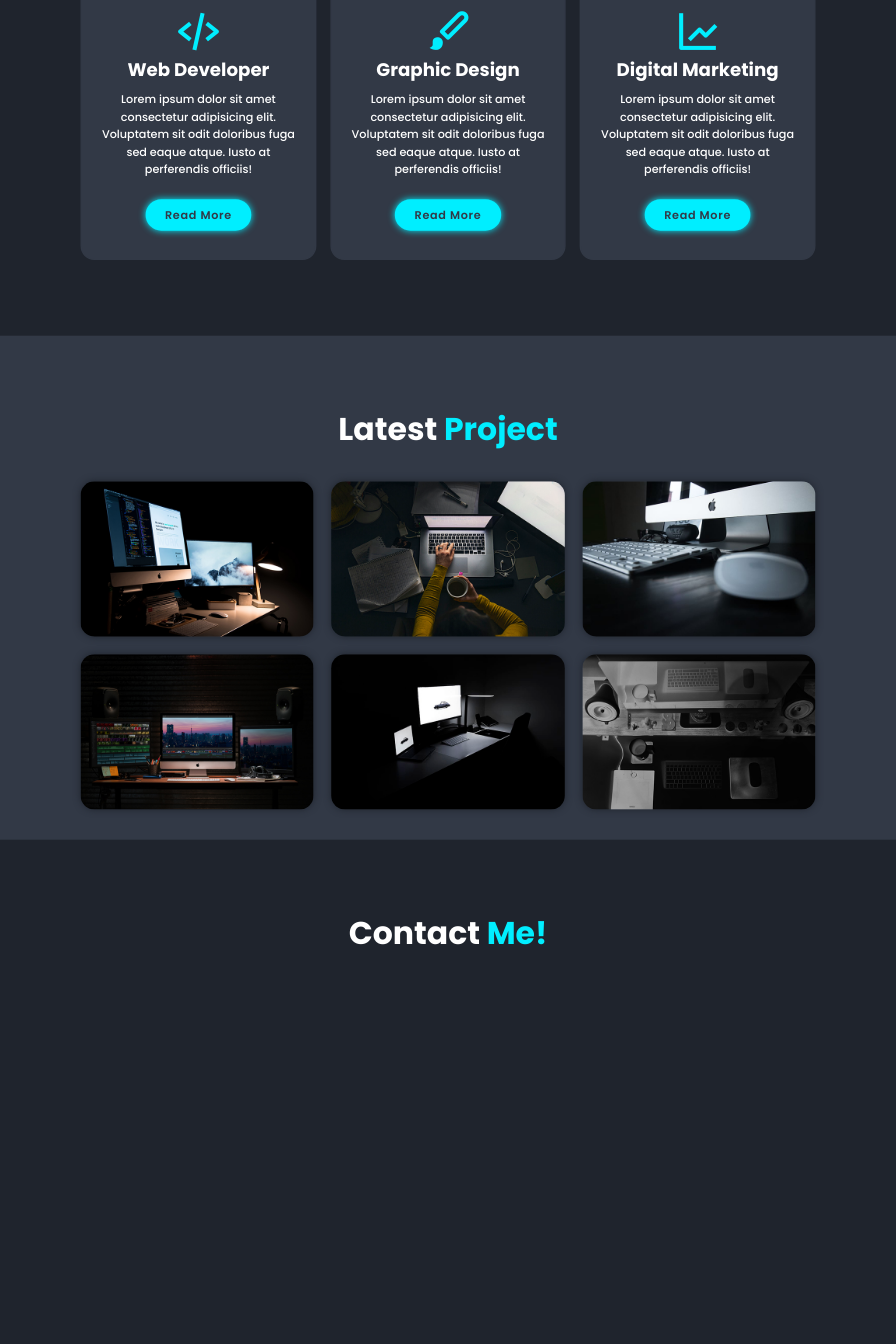
Repository: nguyenthethuan2004/portfolio
Page: index.html
These files come from the project's save history. The page is drawn as it stood at one moment and after the next save; the edit follows.
The browser window is 1280 px wide. The pictures show the part of the page from y = 1751 to 3671 px (the page is 3671 px tall), at 70% of full size.

Above is the page before, as saved 2023-10-03 17:16:59.

After the next save:
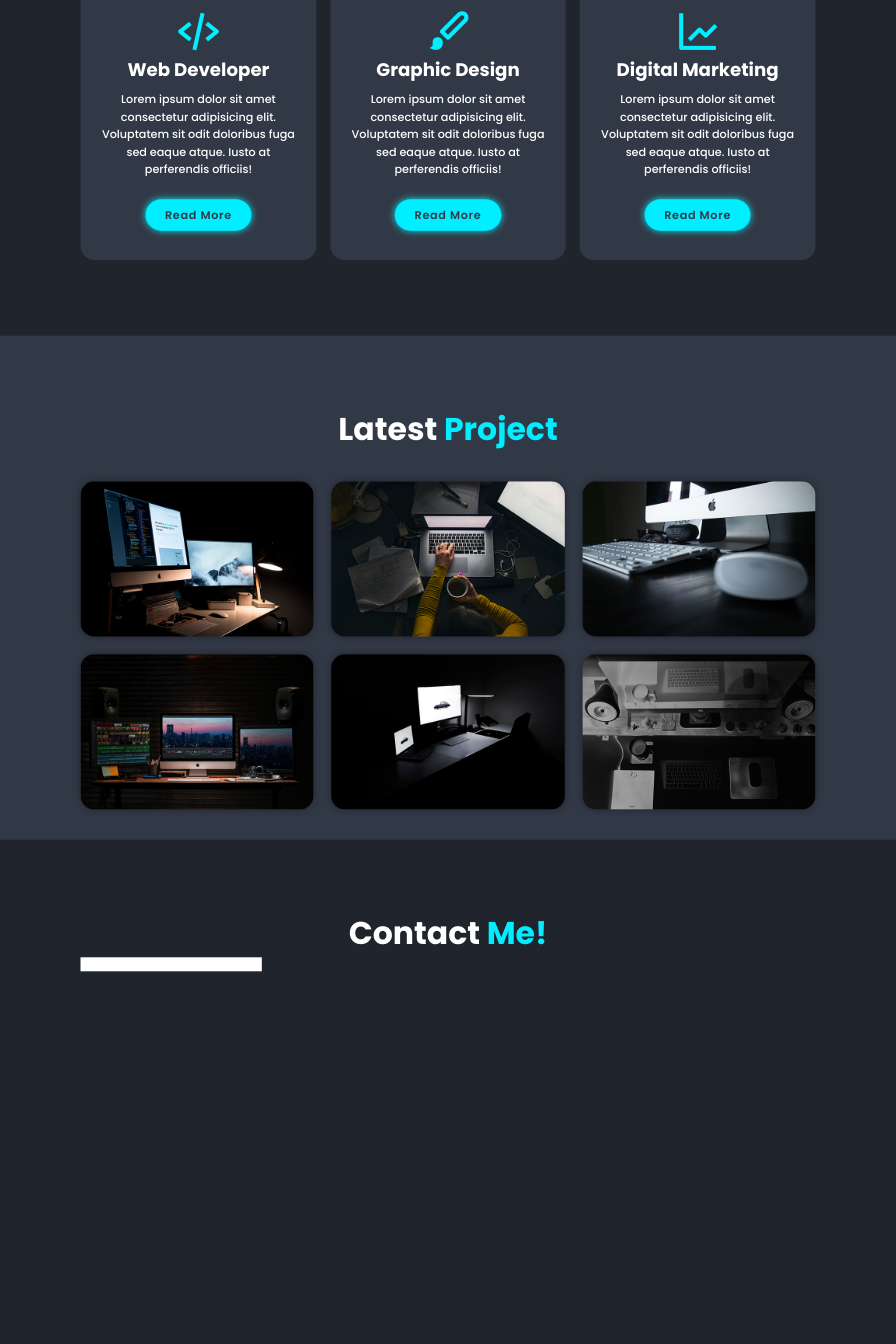
Saved 7 s later.
--- a/index.html
+++ b/index.html
@@ -173,7 +173,9 @@
       <h2 class="heading">Contact <span>Me!</span></h2>
 
       <form action="#">
-        <div class="input-box"></div>
+        <div class="input-box">
+          <input type="text">
+        </div>
       </form>
     </section>
 
